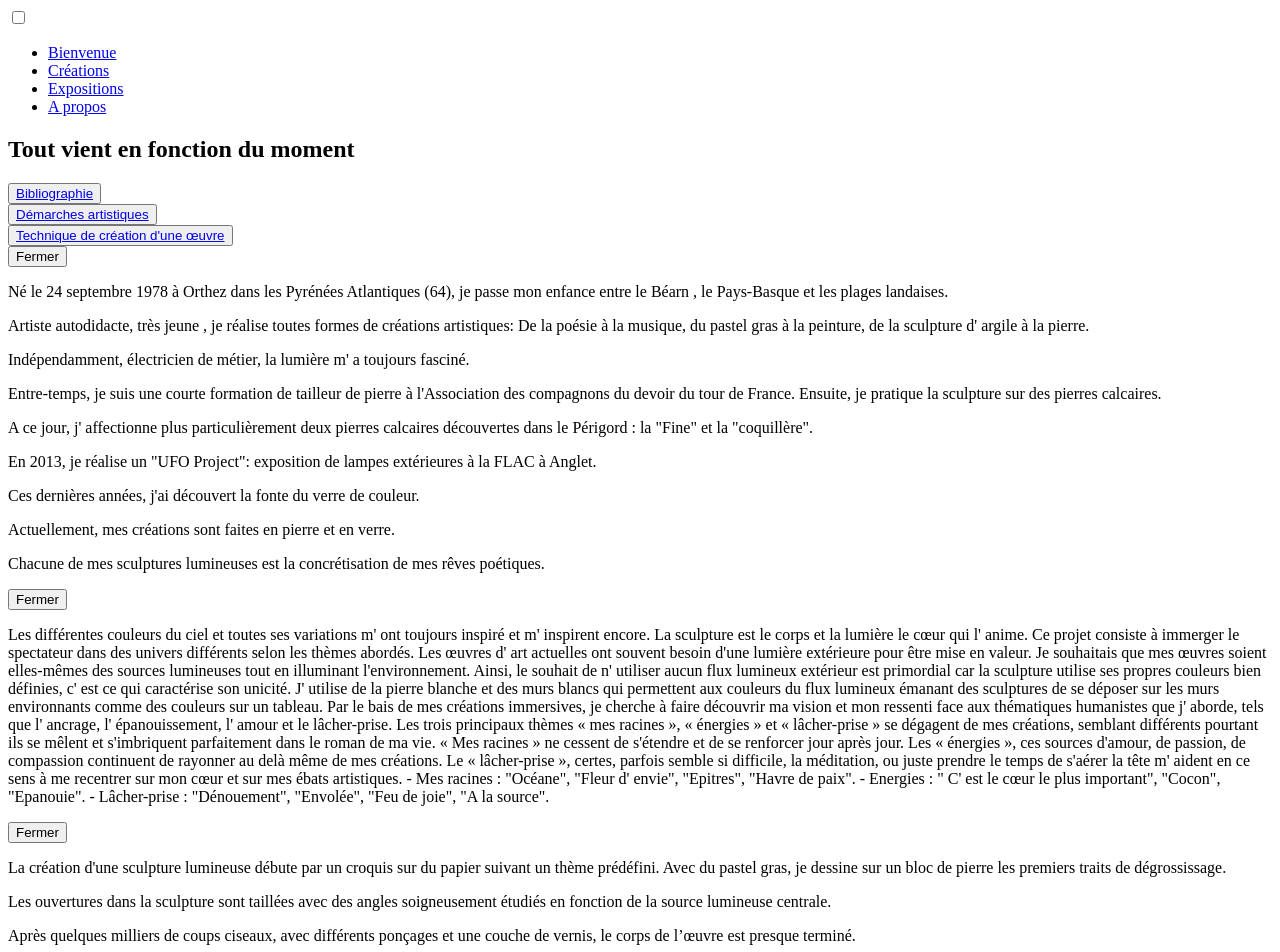
Repository: lysianebo/EricBidart
Page: presentation.html
An editor plug-in stored every save of this project. The page is shown before and after the next save, followed by the edit.
The browser window is 1280 px wide. The pictures show the part of the page from y = 0 to 952 px (the page is 4996 px tall).
A picture or video elsewhere on the page could not be fetched, so the positions and the page height are approximate.

Above is the page before, as saved 2023-10-28 19:06:14.
Console error: SyntaxError: Identifier 'presentationButton' has already been declared

After the next save:
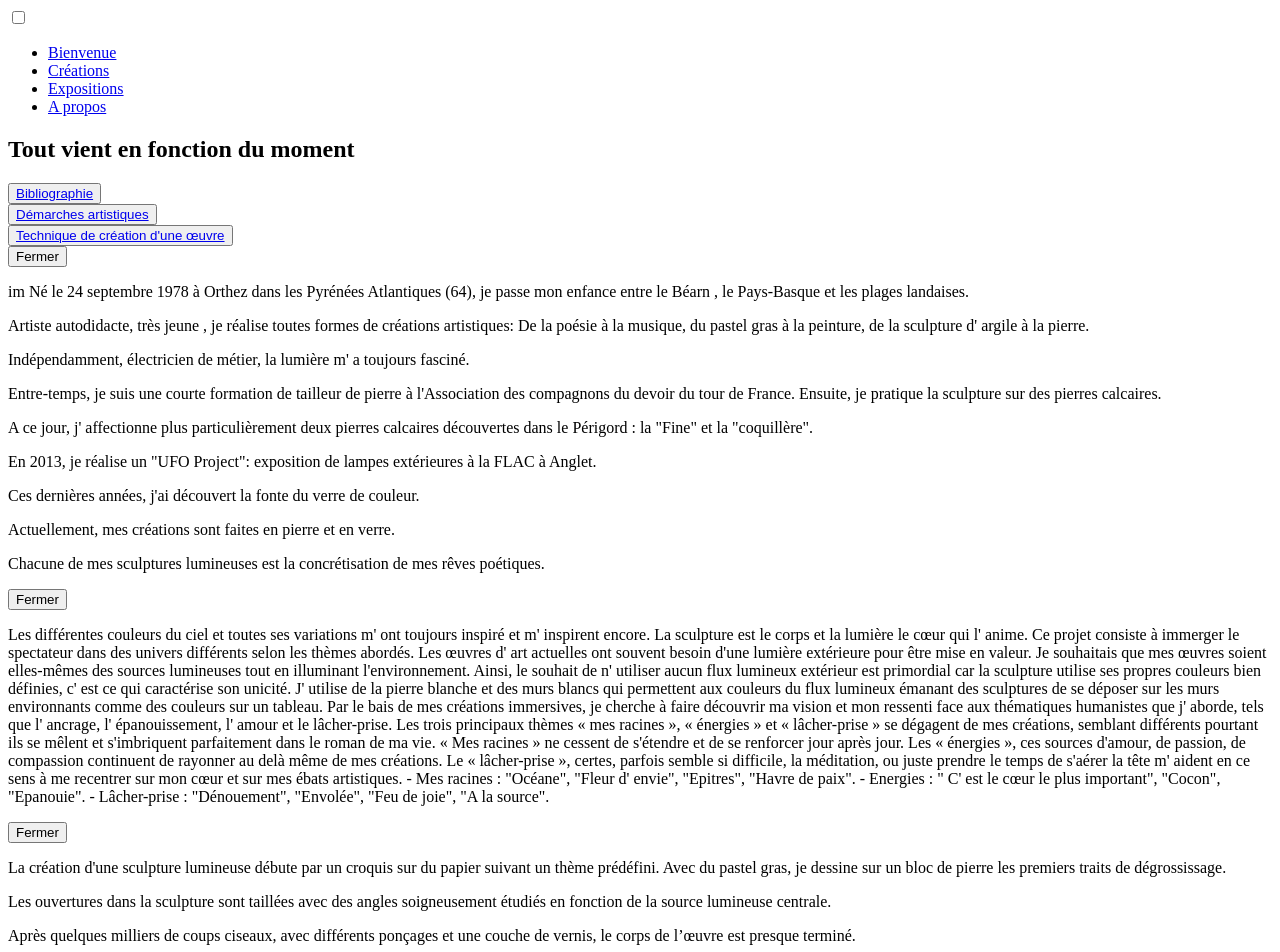
Saved 3 min 29 s later.
--- a/presentation.html
+++ b/presentation.html
@@ -42,7 +42,7 @@
  <div class="hidden" id="presentation-content">
     <button class="close-button">Fermer</button>
 
-         <p class="text"> Né le 24 septembre 1978 à Orthez dans les Pyrénées Atlantiques (64),
+         <p class="text">im Né le 24 septembre 1978 à Orthez dans les Pyrénées Atlantiques (64),
           je passe mon enfance entre le Béarn , le Pays-Basque et les plages landaises. </p>
           <p> Artiste autodidacte, très jeune , je réalise toutes formes de créations artistiques:
           De la poésie à la musique, du pastel gras à la peinture, de la sculpture d' argile à la pierre.</p>
